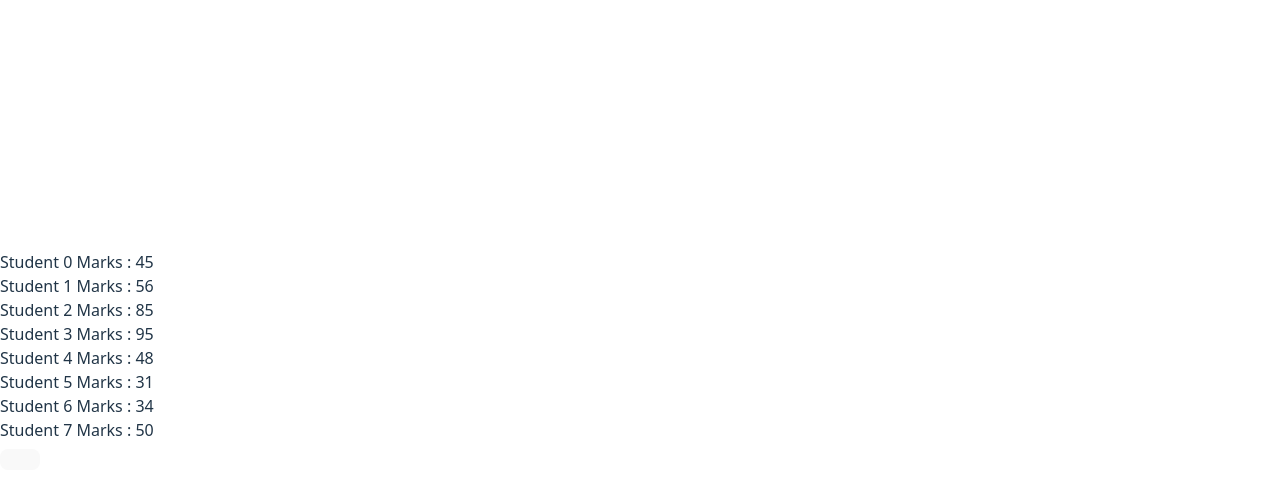
Repository: robin-webdev/frontend
Page: / (app in Reactjs/Reactjs_01/)
An editor plug-in stored every save of this project. The page is shown before and after the next save, followed by the edit.
The browser window is 1280 px wide. The pictures show the whole page.
The project was rebuilt for these pictures with package versions that can differ from the ones it lists, and the page was loaded fresh each time. Also part of the build but not shown: Reactjs/Reactjs_01/vite.config.js.

Above is the page before, as saved 2026-01-17 23:29:05.

After the next save:
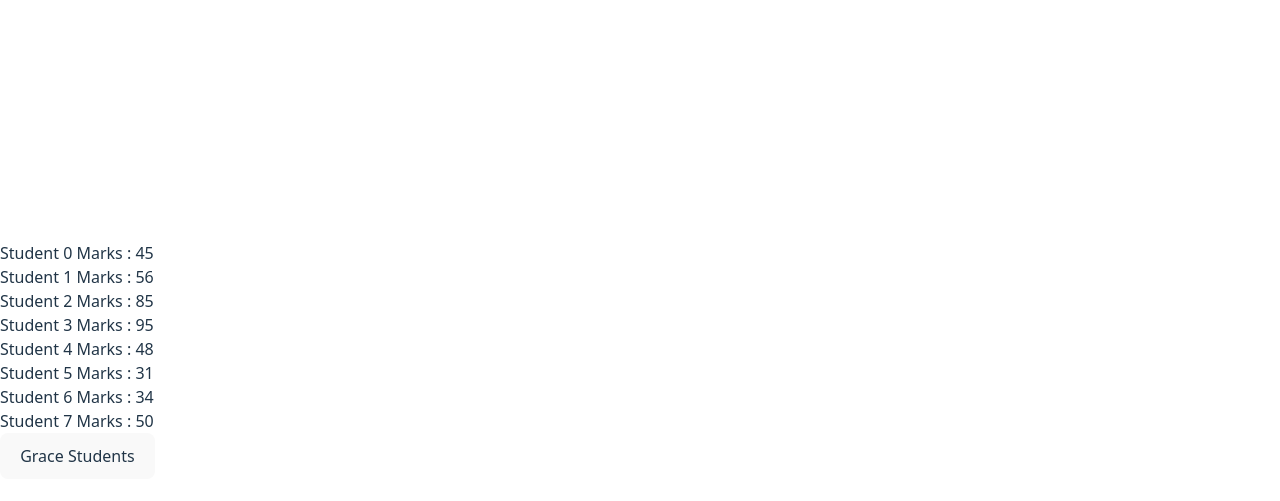
Saved 5 s later.
--- a/Reactjs/Reactjs_01/src/assets/components/Marks.jsx
+++ b/Reactjs/Reactjs_01/src/assets/components/Marks.jsx
@@ -20,7 +20,7 @@ const Marks = () => {
           </h2>
         );
       })}
-      <button></button>
+      <button>Grace Students</button>
     </div>
   );
 };
